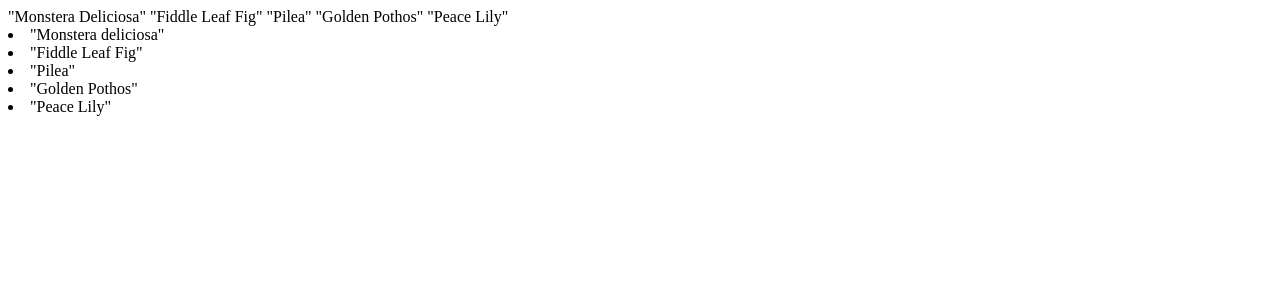
Repository: chiscobyte/README.md
Page: development/my_list.html
The author's editor kept a copy of each file at every save. The page is drawn from the files as they stood at one save, then again after the next save.
The browser window is 1280 px wide. The pictures show the whole page.

Above is the page before, as saved 2025-02-24 05:46:37.

### development/my_list.html
"Monstera Deliciosa"
"Fiddle Leaf Fig"
"Pilea"
"Golden Pothos"
"Peace Lily"

<li>"Monstera deliciosa"</li>
<li>"Fiddle Leaf Fig"</li>
<li>"Pilea"</li>
<li>"Golden Pothos"</li>
<li>"Peace Lily"</li>

After the next save:
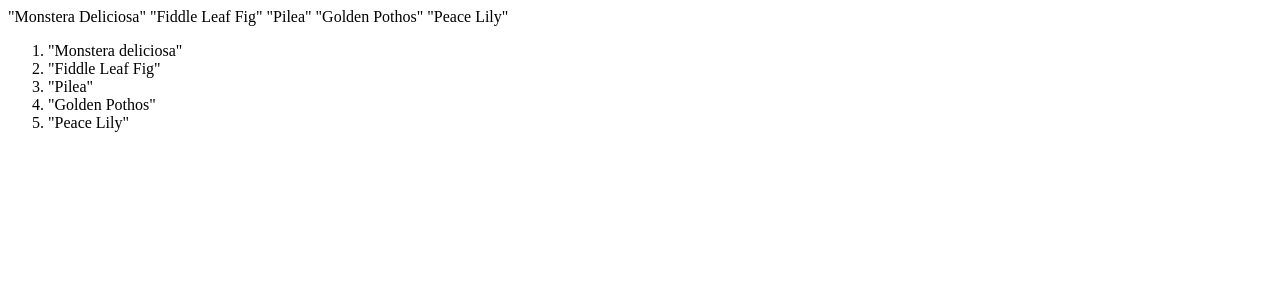
Saved 6 min 17 s later.
--- a/development/my_list.html
+++ b/development/my_list.html
@@ -4,8 +4,10 @@
 "Golden Pothos"
 "Peace Lily"
 
-<li>"Monstera deliciosa"</li>
-<li>"Fiddle Leaf Fig"</li>
-<li>"Pilea"</li>
-<li>"Golden Pothos"</li>
-<li>"Peace Lily"</li>
+<ol>
+    <li>"Monstera deliciosa"</li>
+    <li>"Fiddle Leaf Fig"</li>
+    <li>"Pilea"</li>
+    <li>"Golden Pothos"</li>
+    <li>"Peace Lily"</li>
+</ol>
